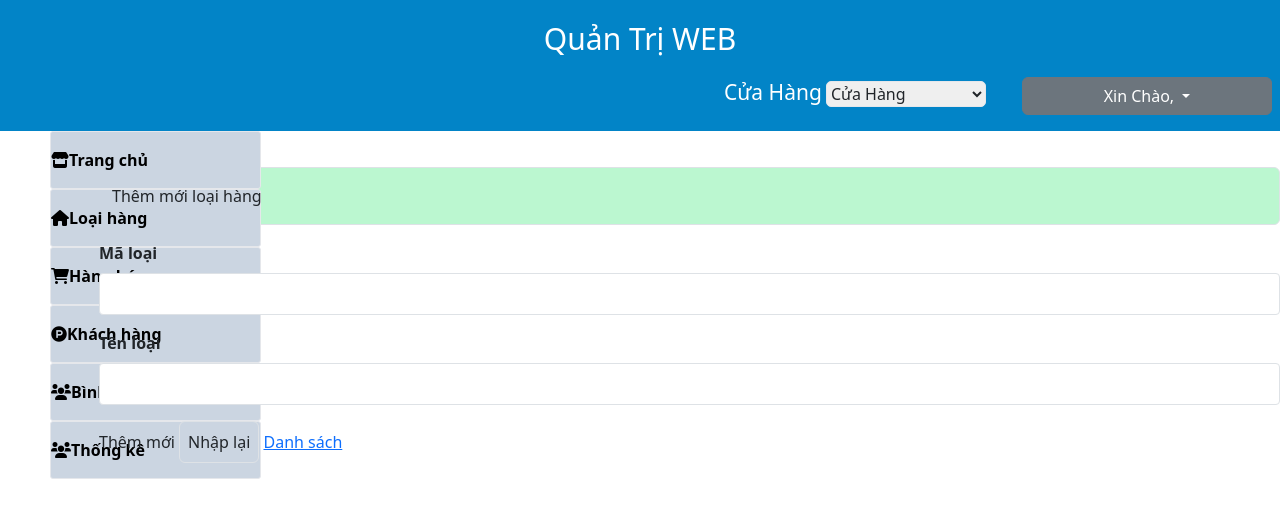
Repository: Leduc20/ASM-duanmau
Page: http://localhost/admin/index.php?act=addlh
These files come from the project's save history. The page is drawn as it stood at one moment and after a run of saves; the edit follows.
The browser window is 1280 px wide. The pictures show the whole page.
Some web libraries are served in a nearby version. The page is run by PHP 8.4 with error messages shown; the project is at /var/www/html/.

Above is the page before, as saved 2022-10-07 00:48:52.

After the next 4 saves:
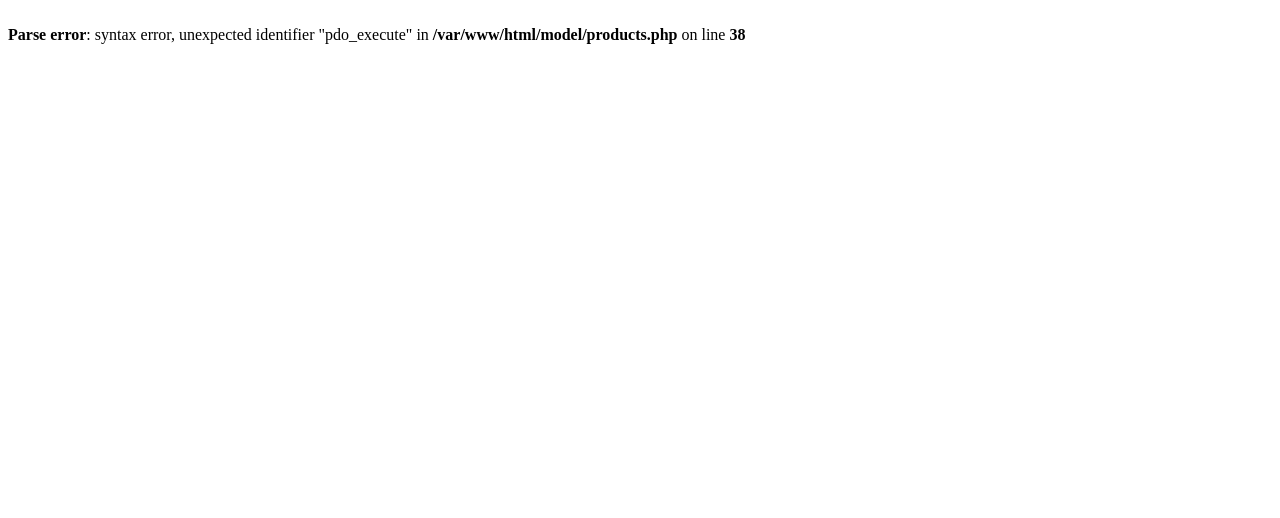
The 4 saves are shown as one change because they came seconds apart.
The last was saved 11 s later.
--- a/model/products.php
+++ b/model/products.php
@@ -33,6 +33,7 @@
     if($filename!=""){
 
     }
+    $sql=""
     // $sql = "UPDATE ` products` SET name='" . $tenloai . "' WHERE id_hh=" . $id;
     pdo_execute($sql);
 }

After the 3 saves that followed:
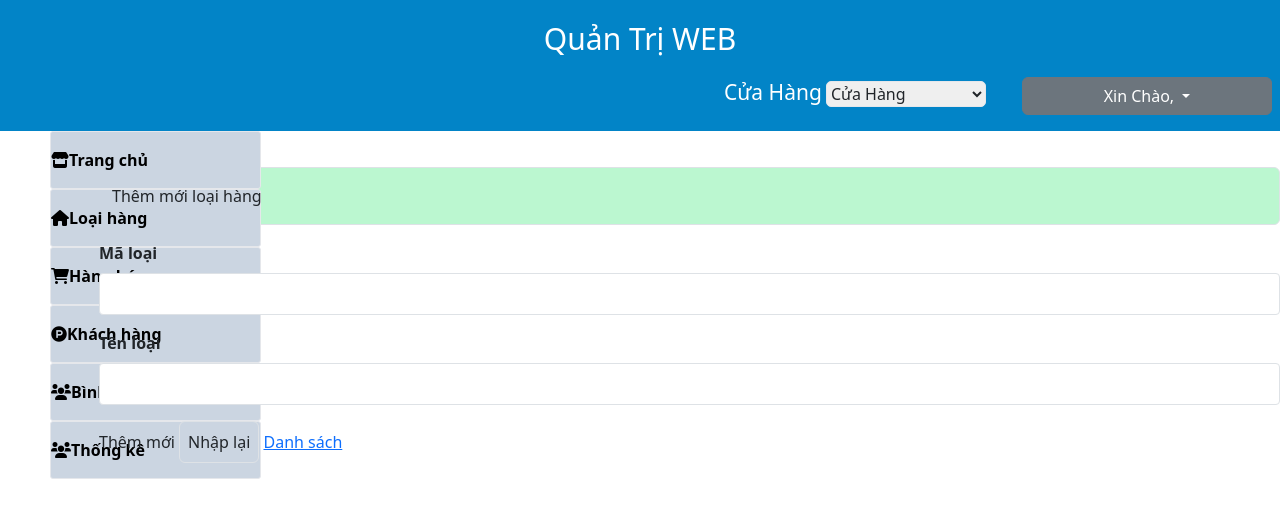
The 3 saves are shown as one change because they came seconds apart.
The last was saved 12 s later.
--- a/model/products.php
+++ b/model/products.php
@@ -33,7 +33,7 @@
     if($filename!=""){
 
     }
-    $sql=""
+    $sql="UPDATE `products` SET `name`='[value-2]',`image`='[value-3]',`price`='[value-4]',`detail`='[value-5]',`sale`='[value-6]',`id_commodities`='[value-7]'";
     // $sql = "UPDATE ` products` SET name='" . $tenloai . "' WHERE id_hh=" . $id;
     pdo_execute($sql);
 }
